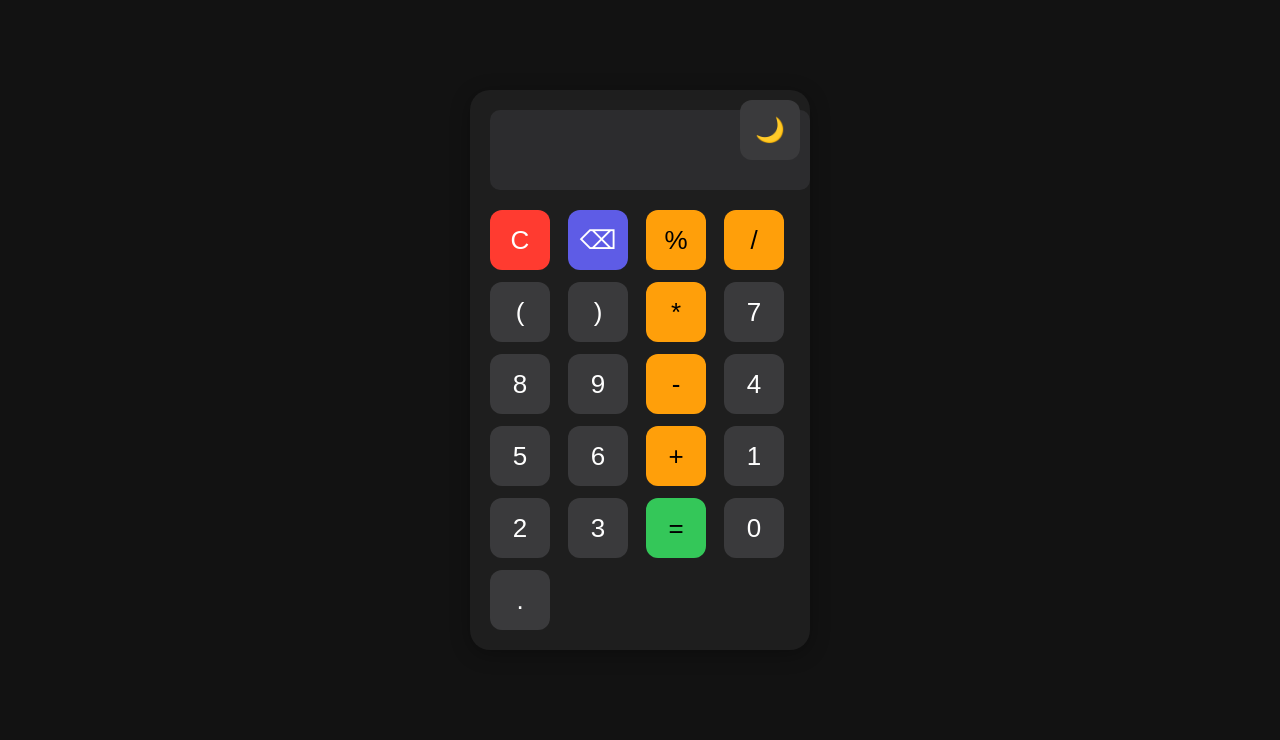
Repository: mahalakshmi-00/Calculator
Page: index.html
The author's editor kept a copy of each file at every save. The page is drawn from the files as they stood at one save, then again after the next save.
The browser window is 1280 px wide. The pictures show the whole page.
Some web fonts or font styles are not loaded; a fallback is used.

Above is the page before, as saved 2025-05-01 21:23:24.

### index.html
<!DOCTYPE html>
<html lang="en">
<head>
  <meta charset="UTF-8">
  <meta name="viewport" content="width=device-width, initial-scale=1.0">
  <title>Calculator</title>
  <link href="https://fonts.googleapis.com/css2?family=SF+Pro+Display:wght@400;600&display=swap" rel="stylesheet">
  <link rel="stylesheet" href="style.css">
</head>
<body>
  <div class="container">
    <div class="calculator">
      <!-- Dark mode toggle button at the top right -->
      <button id="toggle-mode" class="toggle-mode">🌙</button>

      <input type="text" id="display" disabled>
      <div class="buttons">
        <button class="clear">C</button>
        <button class="backspace">⌫</button>
        <button class="operator">%</button>
        <button class="operator">/</button>

        <button class="parenthesis">(</button>
        <button class="parenthesis">)</button>
        <button class="operator">*</button>
        <button class="number">7</button>

        <button class="number">8</button>
        <button class="number">9</button>
        <button class="operator">-</button>

        <button class="number">4</button>
        <button class="number">5</button>
        <button class="number">6</button>
        <button class="operator">+</button>

        <button class="number">1</button>
        <button class="number">2</button>
        <button class="number">3</button>
        <button class="equals">=</button>

        <button class="number">0</button>
        <button class="decimal">.</button>
      </div>
    </div>
  </div>

  <script src="script.js"></script>
</body>
</html>

### style.css
@import url('https://fonts.googleapis.com/css2?family=SF+Pro+Display:wght@400;600&display=swap');

body {
  margin: 0;
  font-family: 'SF Pro Display', sans-serif;
  transition: background 0.3s, color 0.3s;
}

.container {
  display: flex;
  align-items: center;
  justify-content: center;
  height: 100vh;
  padding: 10px;
}

.calculator {
  position: relative;
  width: 300px;
  padding: 20px;
  border-radius: 20px;
  box-shadow: 0 4px 20px rgba(0, 0, 0, 0.3);
  transition: background 0.3s;
}

#display {
  width: 100%;
  height: 60px;
  font-size: 32px;
  padding: 10px;
  text-align: right;
  border: none;
  border-radius: 10px;
  margin-bottom: 20px;
  background-color: #2c2c2e;
  color: white;
  transition: background 0.3s;
}

.buttons {
  display: grid;
  grid-template-columns: repeat(4, 1fr); /* 4 columns for buttons */
  gap: 12px;
}

button {
  padding: 20px;
  font-size: 24px;
  border: none;
  border-radius: 12px;
  cursor: pointer;
  text-align: center;
  display: flex;
  justify-content: center;
  align-items: center;
  transition: background-color 0.2s, color 0.2s;
  height: 60px;
  width: 60px;
}

button:focus {
  outline: none;
}

/* Dark mode toggle position */
.toggle-mode {
  position: absolute;
  top: 10px;
  right: 10px;
  background: none;
  color: white;
  border: none;
  font-size: 24px;
  cursor: pointer;
}

/* Light Mode */
body.light-mode {
  background-color: #f2f2f2;
  color: #000;
}

body.light-mode .calculator {
  background-color: #ffffff;
}

body.light-mode #display {
  background-color: #eeeeee;
  color: #000;
}

body.light-mode button {
  background-color: #dcdcdc;
  color: #000;
}

body.light-mode .operator {
  background-color: #ff9f0a;
  color: #000;
}

body.light-mode .equals {
  background-color: #34c759;
  color: #000;
}

body.light-mode .clear {
  background-color: #ff3b30;
  color: #fff;
}

body.light-mode .backspace {
  background-color: #5e5ce6;
  color: #fff;
}

/* Dark Mode */
body.dark-mode {
  background-color: #121212;
  color: #fff;
}

body.dark-mode .calculator {
  background-color: #1e1e1e;
}

body.dark-mode #display {
  background-color: #2c2c2e;
  color: white;
}

body.dark-mode button {
  background-color: #3a3a3c;
  color: white;
}

body.dark-mode .operator {
  background-color: #ff9f0a;
  color: #000;
}

body.dark-mode .equals {
  background-color: #34c759;
  color: #000;
}

body.dark-mode .clear {
  background-color: #ff3b30;
}

body.dark-mode .backspace {
  background-color: #5e5ce6;
}

/* Custom Grid Layout for Buttons */
.buttons {
  display: grid;
  grid-template-columns: repeat(4, 1fr);
  gap: 12px; /* Space between buttons */
}

/* Ensure buttons with text get equal space */
button {
  font-size: 26px;
  padding: 20px;
  min-width: 60px;
  height: 60px;
}

/* Styling for operator buttons */
button.operator {
  background-color: #ff9f0a;
}

button.equals {
  background-color: #34c759;
  color: white;
}

button.clear {
  background-color: #ff3b30;
  color: white;
}

button.backspace {
  background-color: #5e5ce6;
  color: white;
}

/* Custom Styling for Parentheses Buttons */
button.parenthesis {
  font-size: 26px;
  padding: 18px;
  background-color: #5e5ce6;
  color: white;
  border-radius: 12px;
}

/* Mobile Responsiveness */
@media (max-width: 400px) {
  .calculator {
    width: 90%;
    padding: 15px;
  }

  button {
    padding: 18px;
    font-size: 22px;
  }

  #display {
    font-size: 30px;
  }
}

### script.js
const display = document.getElementById('display');
const buttons = document.querySelectorAll('.buttons button');
const toggleBtn = document.getElementById('toggle-mode');

let input = '';
let memory = 0;

function updateDisplay() {
  display.value = input;
}

// Allow only these characters from keyboard
const allowedKeys = /[0-9+\-*/.%()]/;

buttons.forEach(button => {
  button.addEventListener('click', () => {
    const val = button.textContent;

    if (val === 'C') {
      input = '';
    } else if (val === '⌫') {
      input = input.slice(0, -1);
    } else if (val === '=') {
      try {
        input = eval(input).toString();
      } catch {
        input = 'Error';
      }
    } else if (/^[0-9+\-*/.%()]+$/.test(val)) {
      input += val;
    } else if (val === 'M+') {
      memory = parseFloat(input);
    } else if (val === 'MR') {
      input = memory.toString();
    }

    updateDisplay();
  });
});

// 🧼 Keyboard validation
document.addEventListener('keydown', (e) => {
  if (allowedKeys.test(e.key)) {
    input += e.key;
  } else if (e.key === 'Backspace') {
    input = input.slice(0, -1);
  } else if (e.key === 'Enter') {
    try {
      input = eval(input).toString();
    } catch {
      input = 'Error';
    }
  } else if (e.key === 'Escape') {
    input = '';
  }

  updateDisplay();
});

// 🌗 Dark Mode Toggle
toggleBtn.addEventListener('click', () => {
  document.body.classList.toggle('dark-mode');
  document.body.classList.toggle('light-mode');

  if (document.body.classList.contains('light-mode')) {
    toggleBtn.textContent = '🌞';
  } else {
    toggleBtn.textContent = '🌙';
  }
});

// 🌓 Start in dark mode
document.body.classList.add('dark-mode');

After the next save:
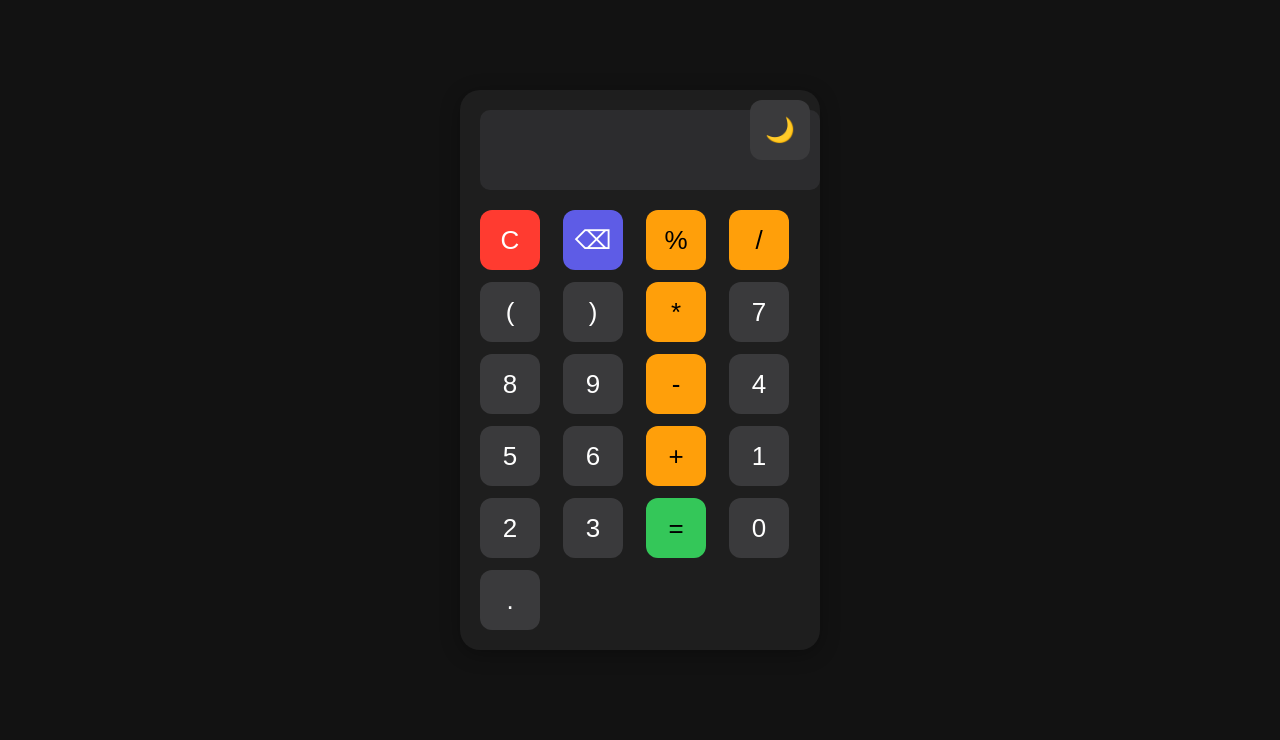
Saved 99 s later.
--- a/style.css
+++ b/style.css
@@ -16,7 +16,7 @@ body {
 
 .calculator {
   position: relative;
-  width: 300px;
+  width: 320px;
   padding: 20px;
   border-radius: 20px;
   box-shadow: 0 4px 20px rgba(0, 0, 0, 0.3);
